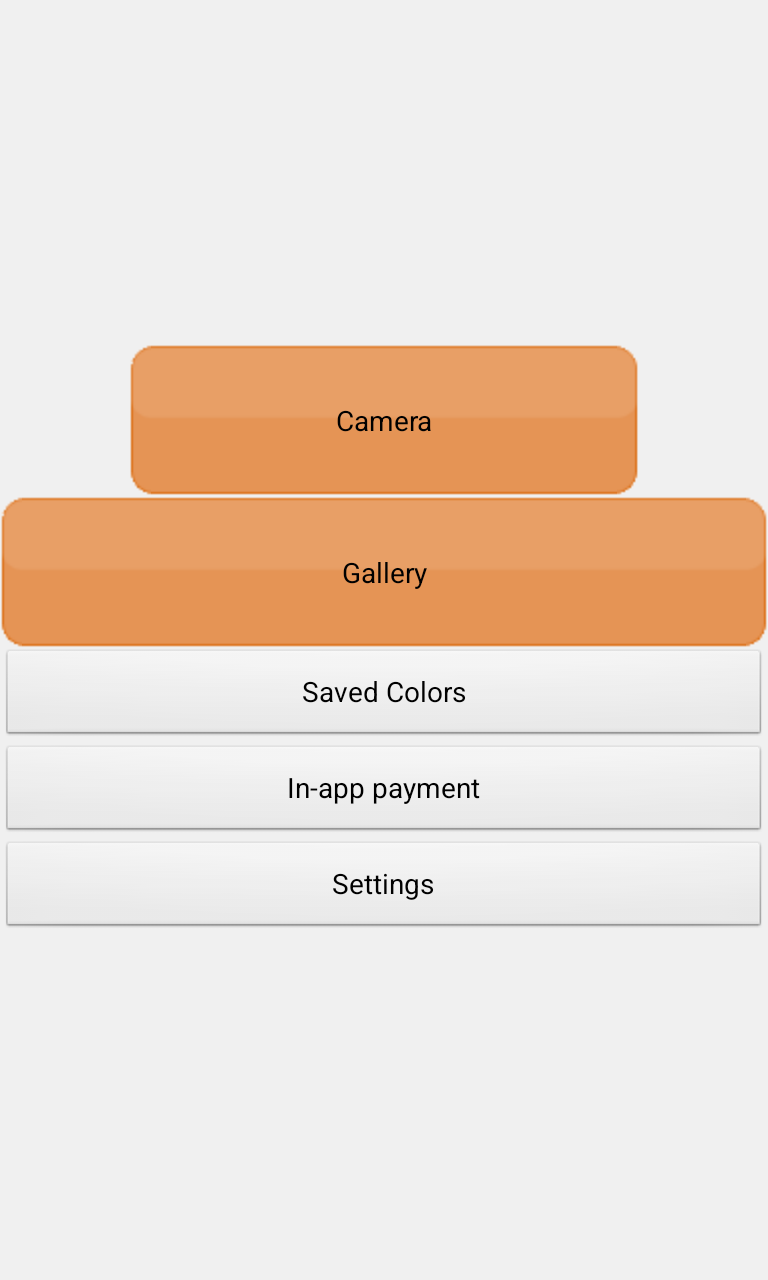
Repository: jwanglof/Rangi
Layout: client/Rangi/res/layout/mainmenu.xml
An editor plug-in stored every save of this project. The layout is shown before and after the next save, followed by the edit.
It is drawn on a 768 x 1280 px phone screen (xhdpi) without system bars, with theme android:Theme.NoTitleBar; the app's code is not run.

Above is the layout before, as saved 2012-11-01 14:18:06.

### client/Rangi/res/layout/mainmenu.xml
<?xml version="1.0" encoding="utf-8"?>
<LinearLayout xmlns:android="http://schemas.android.com/apk/res/android"
    android:layout_width="fill_parent"
    android:layout_height="fill_parent"
    android:background="#f0f0f0"
    android:gravity="center|center_vertical"
    android:orientation="vertical" >

    <Button
        android:id="@+id/camera_button"
        android:layout_width="255dp"
        android:layout_height="wrap_content"
        android:background="@drawable/button_background"
        android:gravity="center_vertical|center_horizontal|center"
        android:onClick="camera"
        android:text="@string/camera" />

    <Button
        android:id="@+id/gallery_button"
        android:layout_width="fill_parent"
        android:layout_height="wrap_content"
        android:onClick="gallery"
        android:text="@string/gallery"
        android:background="@drawable/button_background" />

    <Button
        android:id="@+id/saved_colors_button"
        android:layout_width="fill_parent"
        android:layout_height="wrap_content"
        android:onClick="saved_colors"
        android:text="@string/saved_colors" />

    <Button
        android:id="@+id/in_app_button"
        android:layout_width="fill_parent"
        android:layout_height="wrap_content"
        android:onClick="in_app"
        android:text="@string/in_app_payment" />

    <Button
        android:id="@+id/settings_button"
        android:layout_width="fill_parent"
        android:layout_height="wrap_content"
        android:onClick="settings"
        android:text="@string/settings" />

</LinearLayout>

### client/Rangi/res/values/strings.xml
<?xml version="1.0" encoding="utf-8"?>
<resources>
    <string name="camera_name">Rangi - Camera</string>
    <string name="app_name">Rangi</string>
    <string name="m_square_tool">Square</string>
    <string name="m_circle_tool">Circle</string>
    <string name="m_freehand_tool">Freehand</string>
    <string name="m_analyze_tool">Analyze</string>
    <string name="gallery">Gallery</string>
    <string name="saved_colors">Saved Colors</string>
    <string name="camera">Camera</string>
    <string name="in_app_payment">In-app payment</string>
    <string name="settings">Settings</string>

</resources>

After the next save:
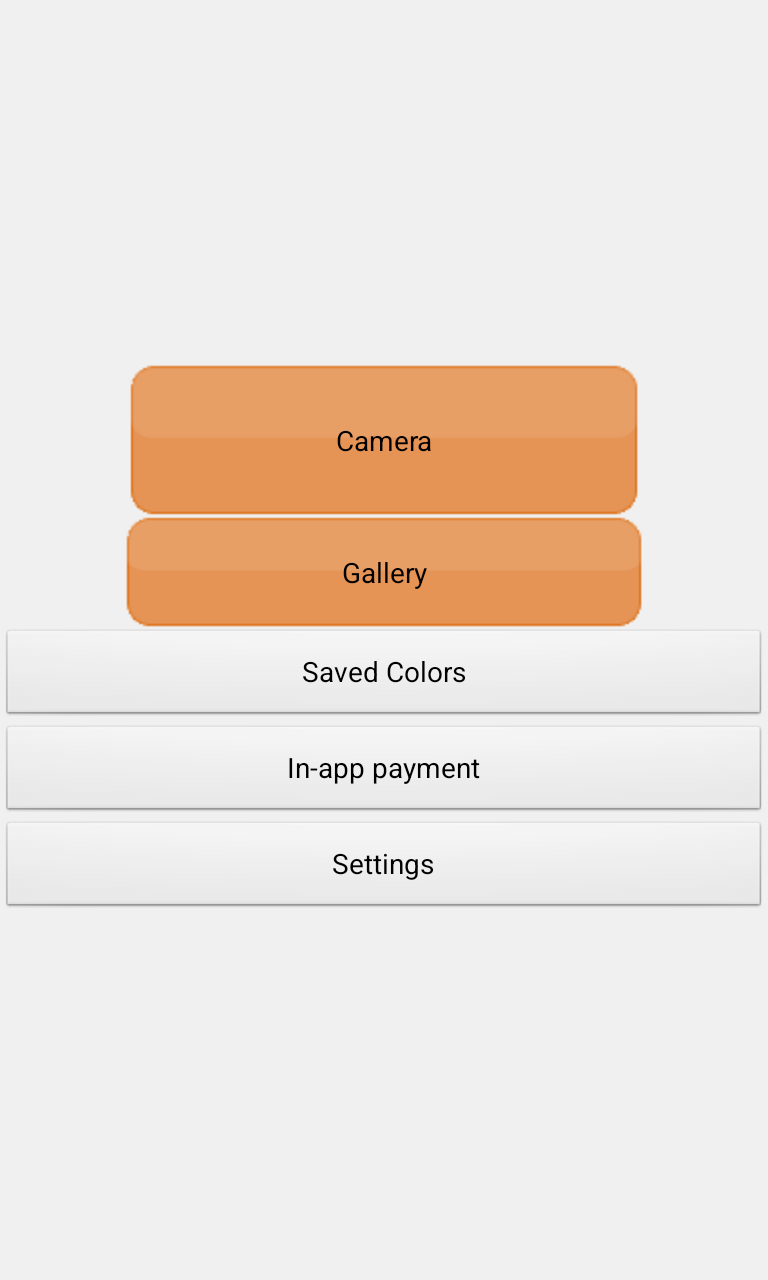
Saved 3 min 4 s later.
--- a/client/Rangi/res/layout/mainmenu.xml
+++ b/client/Rangi/res/layout/mainmenu.xml
@@ -17,11 +17,11 @@
 
     <Button
         android:id="@+id/gallery_button"
-        android:layout_width="fill_parent"
-        android:layout_height="wrap_content"
+        android:layout_width="259dp"
+        android:layout_height="56dp"
+        android:background="@drawable/button_background"
         android:onClick="gallery"
-        android:text="@string/gallery"
-        android:background="@drawable/button_background" />
+        android:text="@string/gallery" />
 
     <Button
         android:id="@+id/saved_colors_button"
